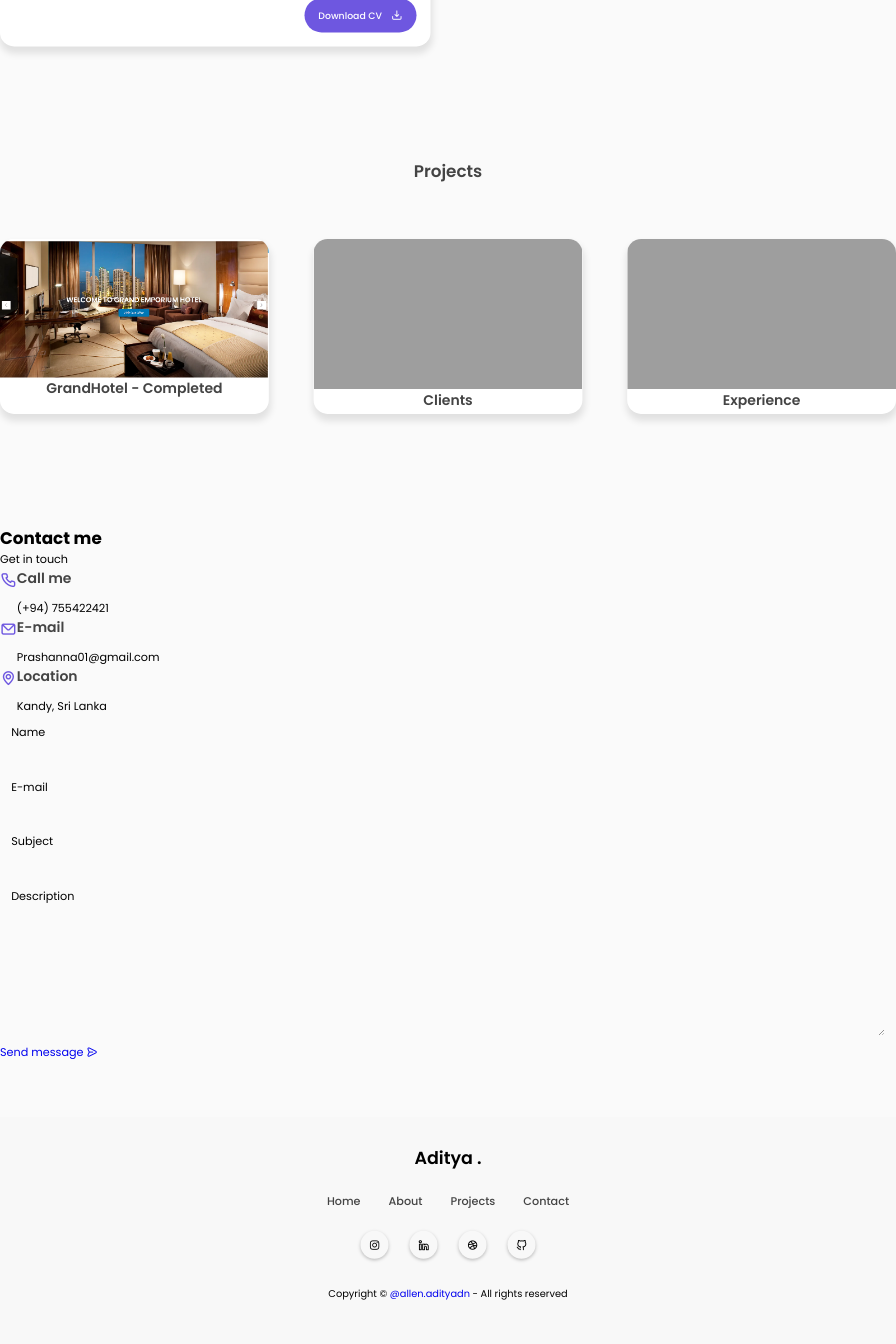
Repository: 4Kbrain/Portofolio
Page: index.html
The author's editor kept a copy of each file at every save. The page is drawn from the files as they stood at one save, then again after the next save.
The browser window is 1280 px wide. The pictures show the part of the page from y = 1085 to 3005 px (the page is 3005 px tall before and 2971 px after), at 70% of full size.
Pictures or frames that could not be fetched are drawn as grey boxes.

Above is the page before, as saved 2024-05-15 16:32:40.
Console error: ReferenceError: ScrollReveal is not defined

After the next save:
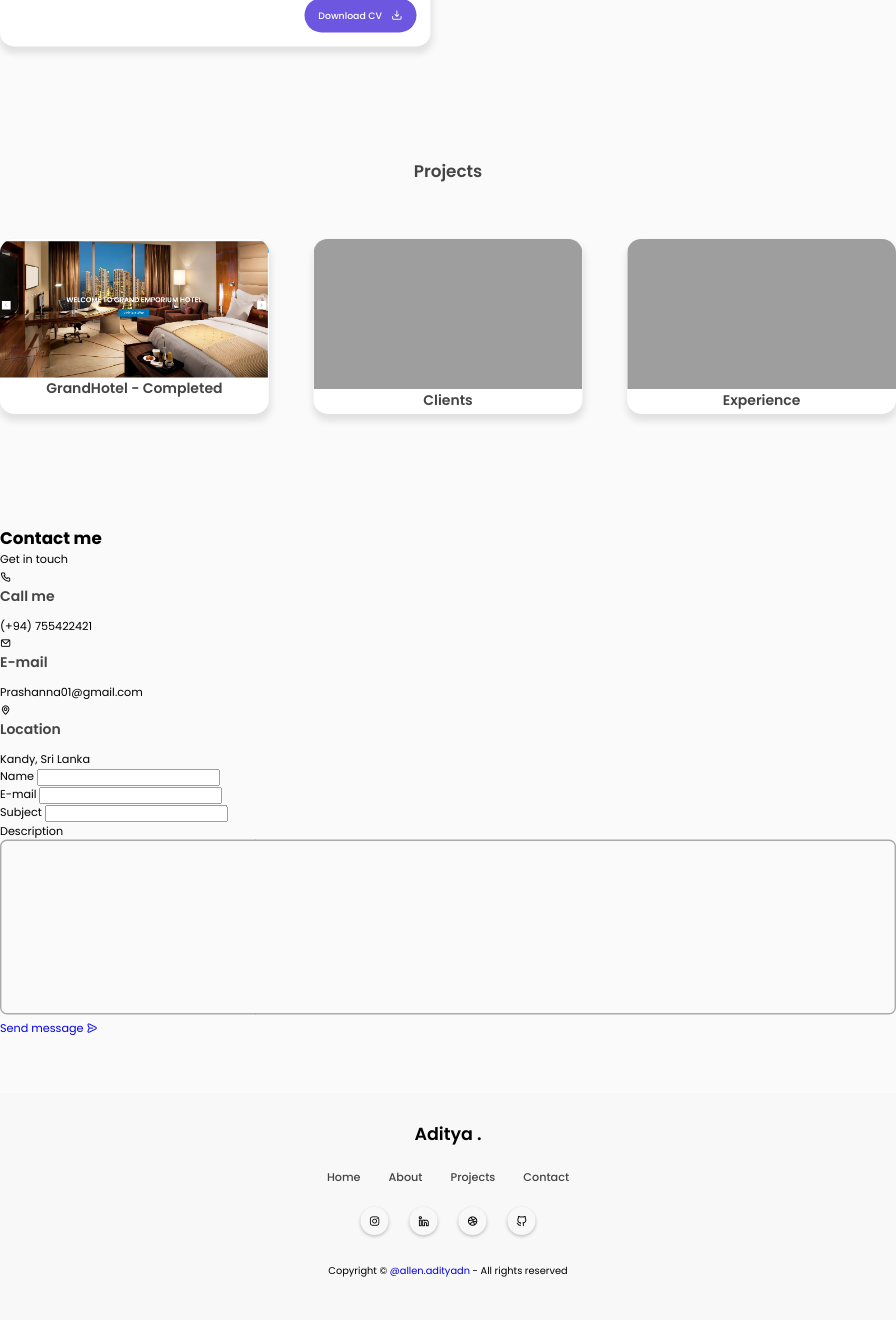
Saved 40 s later.
--- a/assets/css/style.css
+++ b/assets/css/style.css
@@ -384,56 +384,90 @@ h3{
     z-index: 2;
 }
 
-/* Contact me */
-
-.contact__container {
-    row-gap: 3rem;
-  }
-
-  .contact__information {
-    display: flex;
-    margin-bottom: var(--mb-2);
-  }
-
-  .contact__icon {
-    font-size: 1.5rem;
-    color: var(--first-color);
-    margin-right: var(--mb-0-75);
-  }
-
-  .content__title {
-    font-size: var(--h3-font-size);
-    font-weight: var(--font-medium);
-  }
-
-  .contact__subtitle {
-    font-size: var(--small-font-size);
-    color: var(--text-color-light);
-  }
-
-  .contact__content {
-    background-color: var(--input-color);
-    border-radius: 0.5rem;
-    padding: 0.75rem 1rem 0.25rem;
-  }
-
-  .contact__label {
-    font-size: var(--smaller-font-size);
-    color: var(--title-color);
-  }
-
-  .contact__input {
-    width: 100%;
-    background-color: var(--input-color);
-    color: var(--text-color);
-    font-family: var(--body-font);
-    font-size: var(--normal-font-size);
-    border: none;
+
+.contact-info{
+    position: relative;
+    display: flex;
+    flex-direction: column;
+    justify-content: center;
+    align-items: center;
+    padding: 20px 30px;
+    width: 100%;
+    height: 315px;
+    background: var(--second-color);
+    border-radius: 10px;
+    box-shadow: 1px 8px 10px 2px var(--first-shadow-color);
+    overflow: hidden;
+}
+.contact-info>h2{
+    color: var(--color-white);
+    margin-bottom: 20px;
+}
+.contact-info>p{
+    display: flex;
+    align-items: center;
+    gap: 10px;
+    color: var(--color-white);
+    margin-block: 5px;
+}
+.contact-info p>i{
+    font-size: 18px;
+}
+.contact-info::after{
+    background: var(--color-white);
+}
+.contact-info:hover.contact-info h2,
+.contact-info:hover.contact-info p,
+.contact-info:hover.contact-info i{
+    color: #777;
+    z-index: 2;
+}
+
+.form-control{
+    display: flex;
+    flex-direction: column;
+    gap: 10px;
+    width: 100%;
+}
+.form-inputs{
+    display: flex;
+    gap: 10px;
+    width: 100%;
+}
+.input-field{
+    width: 50%;
+    height: 55px;
+    background: transparent;
+    border: 2px solid #AAA;
+    border-radius: 10px;
+    padding-inline: 20px;
     outline: none;
-    padding: 0.25rem 0.5rem 0.5rem 0;
-  }
-
-  /* Footer */
+}
+textarea{
+    width: 100%;
+    height: 250px;
+    background: transparent;
+    border: 2px solid #AAA;
+    border-radius: 10px;
+    padding: 15px 20px;
+    outline: none;
+    resize: none;
+}
+.form-button>.btn{
+    display: flex;
+    align-items: center;
+    justify-content: center;
+    background: var(--second-color);
+    color: var(--color-white);
+}
+.form-button>.btn:hover{
+    background: #00B5E7;
+}
+.form-button i{
+    font-size: 18px;
+    rotate: -45deg;
+}
+
 footer{
     display: flex;
     justify-content: center;
